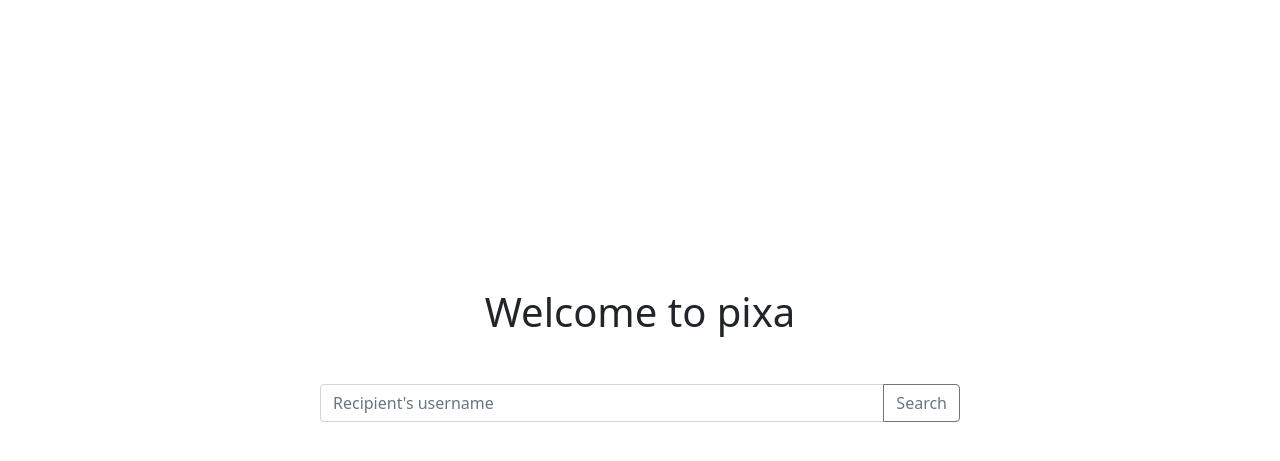
Repository: mehedi9465/PixaBay-Gallery
Page: index.html
The author's editor kept a copy of each file at every save. The page is drawn from the files as they stood at one save, then again after a run of saves.
The browser window is 1280 px wide. The pictures show the whole page.

Above is the page before, as saved 2023-05-09 15:18:49.

After the next 2 saves:
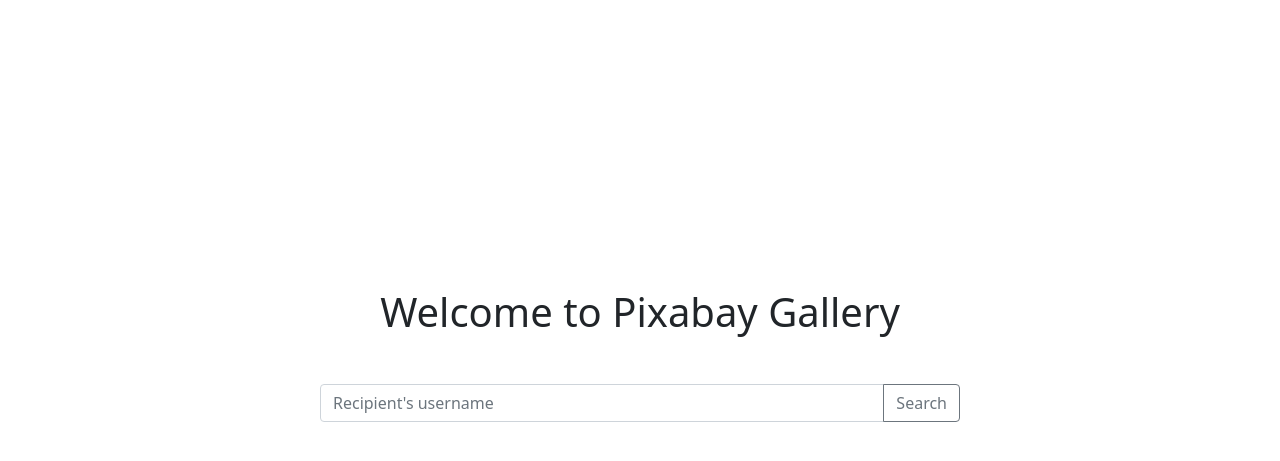
The 2 saves are shown as one change because they came seconds apart.
The last was saved 7 s later.
--- a/index.html
+++ b/index.html
@@ -46,7 +46,7 @@
         <div
           class="text-center position-absolute start-0 end-0 top-50 bottom-50"
         >
-          <h1>Welcome to pixa</h1>
+          <h1>Welcome to Pixabay Gallery</h1>
           <div class="input-group mt-5 mb-5 w-50 mx-auto overflow-hidden">
             <input
               type="text"
